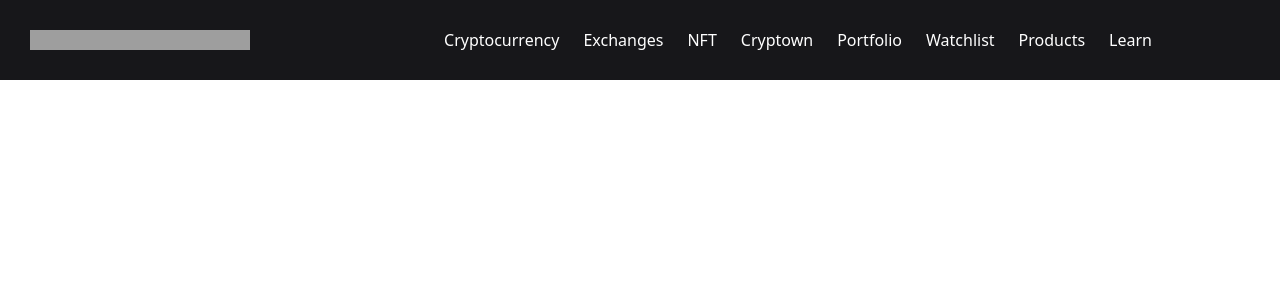
Repository: RayHuang880301/coinmarketcap-clone
Page: /
An editor plug-in stored every save of this project. The page is shown before and after the next save, followed by the edit.
The browser window is 1280 px wide. The pictures show the whole page.
Pictures or frames that could not be fetched are drawn as grey boxes. The project was rebuilt for these pictures with package versions that can differ from the ones it lists, and the page was loaded fresh each time. The framework's server and built-in components were replaced by stand-ins that run in the browser.

Above is the page before, as saved 2022-05-22 02:36:04.

### pages/index.tsx
import React from "react"
import type { NextPage } from 'next'
import Header from "../components/Header"

const Home: NextPage = () => {
  return (
    <div className='min-h-screen'>
      <Header />
      <div className='mt-10'/>
      <div className='mt-20'/>
    </div>
  )
}

export default Home

### components/Header.tsx
import React from 'react'
import Image from "next/image"

const styles = {
  header: `bg-[#17171A] text-white h-20 flex gap-[100px] w-full p-[30px]`,
  headerWrapper: `flex justify-center h-full max-w-screen-xl mx-auto px-4`,
  nav: `flex justify-center items-center gap-[20px]`,
  navItem: `relative mr-1 cursor-pointer hover:opacity-60`
}

const Header = () => {
  return (
    <div className={styles.header}>
      <Image
        src='https://s2.coinmarketcap.com/static/cloud/img/coinmarketcap_white_1.svg'
        alt='logo'
        width={220}
        height={220}
      />
      <div className={styles.headerWrapper}>
        <nav className={styles.nav}>
          <div className={styles.navItem}>
            <div className={styles.navLink}>Cryptocurrency</div>
            <div className={styles.badge} />
          </div>

          <div className={styles.navItem}>
            <div className={styles.navLink}>Exchanges</div>
          </div>

          <div className={styles.navItem}>
            <div className={styles.navLink}>NFT</div>
            <div className={styles.badge} />
          </div>

          <div className={styles.navItem}>
            <div className={styles.navLink}>Cryptown</div>
            <div className={styles.badge} />
          </div>

          <div className={styles.navItem}>
            <div className={styles.navLink}>Portfolio</div>
          </div>

          <div className={styles.navItem}>
            <div className={styles.navLink}>Watchlist</div>
          </div>

          <div className={styles.navItem}>
            <div className={styles.navLink}>Products</div>
            <div className={styles.badge} />
          </div>

          <div className={styles.navItem}>
            <div className={styles.navLink}>Learn</div>
          </div>
        </nav>
      </div>
    </div>
  )
}

export default Header

Loaded but not shown: pages/_app.tsx (common file); styles/globals.css (common file); tailwind.config.js (common file)

After the next save:
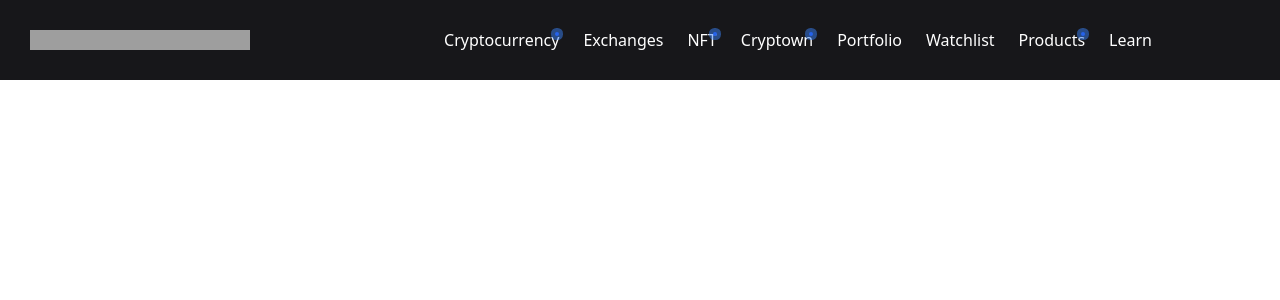
Saved 5 min 41 s later.
--- a/components/Header.tsx
+++ b/components/Header.tsx
@@ -5,7 +5,8 @@ const styles = {
   header: `bg-[#17171A] text-white h-20 flex gap-[100px] w-full p-[30px]`,
   headerWrapper: `flex justify-center h-full max-w-screen-xl mx-auto px-4`,
   nav: `flex justify-center items-center gap-[20px]`,
-  navItem: `relative mr-1 cursor-pointer hover:opacity-60`
+  navItem: `relative mr-1 cursor-pointer hover:opacity-60`,
+  badge: `rounded-full bg-blue-600 h-1 w-1 absolute bottom-5 right-0 top-1 ring-4`,
 }
 
 const Header = () => {
